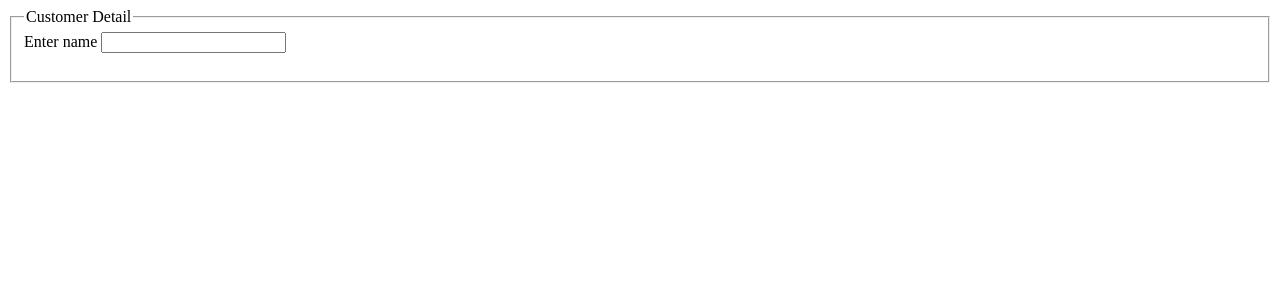
Repository: viram703/SpringBoot
Page: http://localhost/BootJpa/home.jsp
These files come from the project's save history. The page is drawn as it stood at one moment and after the next save; the edit follows.
The browser window is 1280 px wide. The pictures show the whole page.
The page is served by Tomcat 9.

Above is the page before, as saved 2020-02-21 09:17:56.

After the next save:
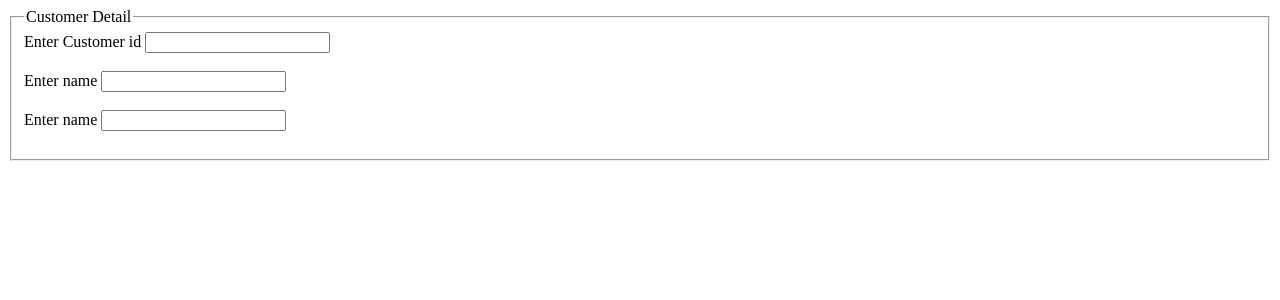
Saved 60 s later.
--- a/Boot/BootJpa/src/main/webapp/home.jsp
+++ b/Boot/BootJpa/src/main/webapp/home.jsp
@@ -11,9 +11,13 @@
 	<form action="addCustomer">
 		<fieldset>
 			<legend>Customer Detail</legend>
+					<label>Enter Customer id</label>
+					<input type="text" name="id"><br></br>
 					<label>Enter name</label>
 					<input type="text" name="id"><br></br>
 
+					<label>Enter name</label>
+					<input type="text" name="id"><br></br>
 		</fieldset>
 	</form>
 
